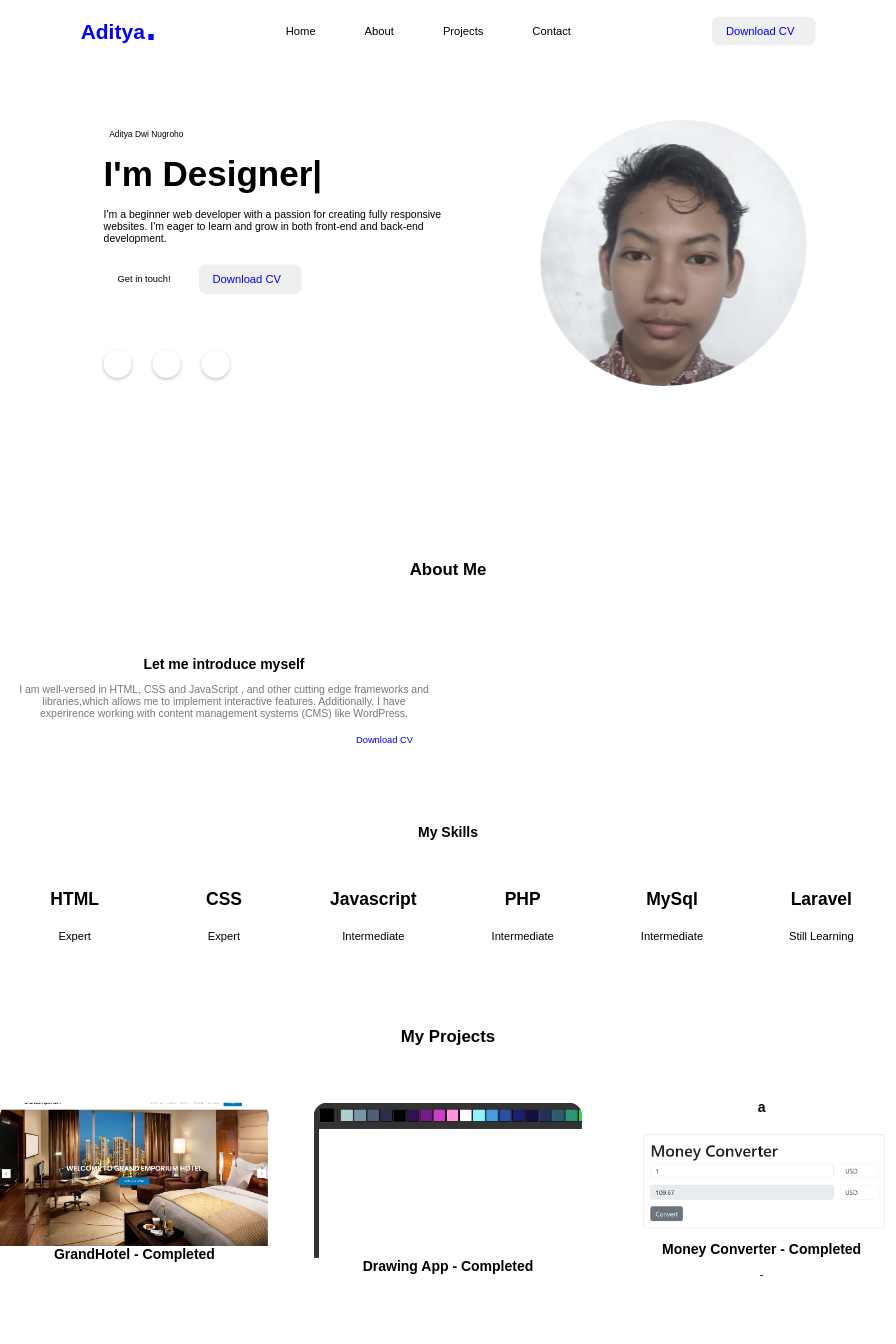
Repository: 4Kbrain/Portofolio
Page: index.html
An editor plug-in stored every save of this project. The page is shown before and after the next save, followed by the edit.
The browser window is 1280 px wide. The pictures show the part of the page from y = 0 to 1920 px (the page is 2872 px tall before and 3000 px after), at 70% of full size.
Some icons come from a web library that is not loaded, so they are not drawn.

Above is the page before, as saved 2024-05-15 19:08:00.
Console error: ReferenceError: ScrollReveal is not defined

After the next save:
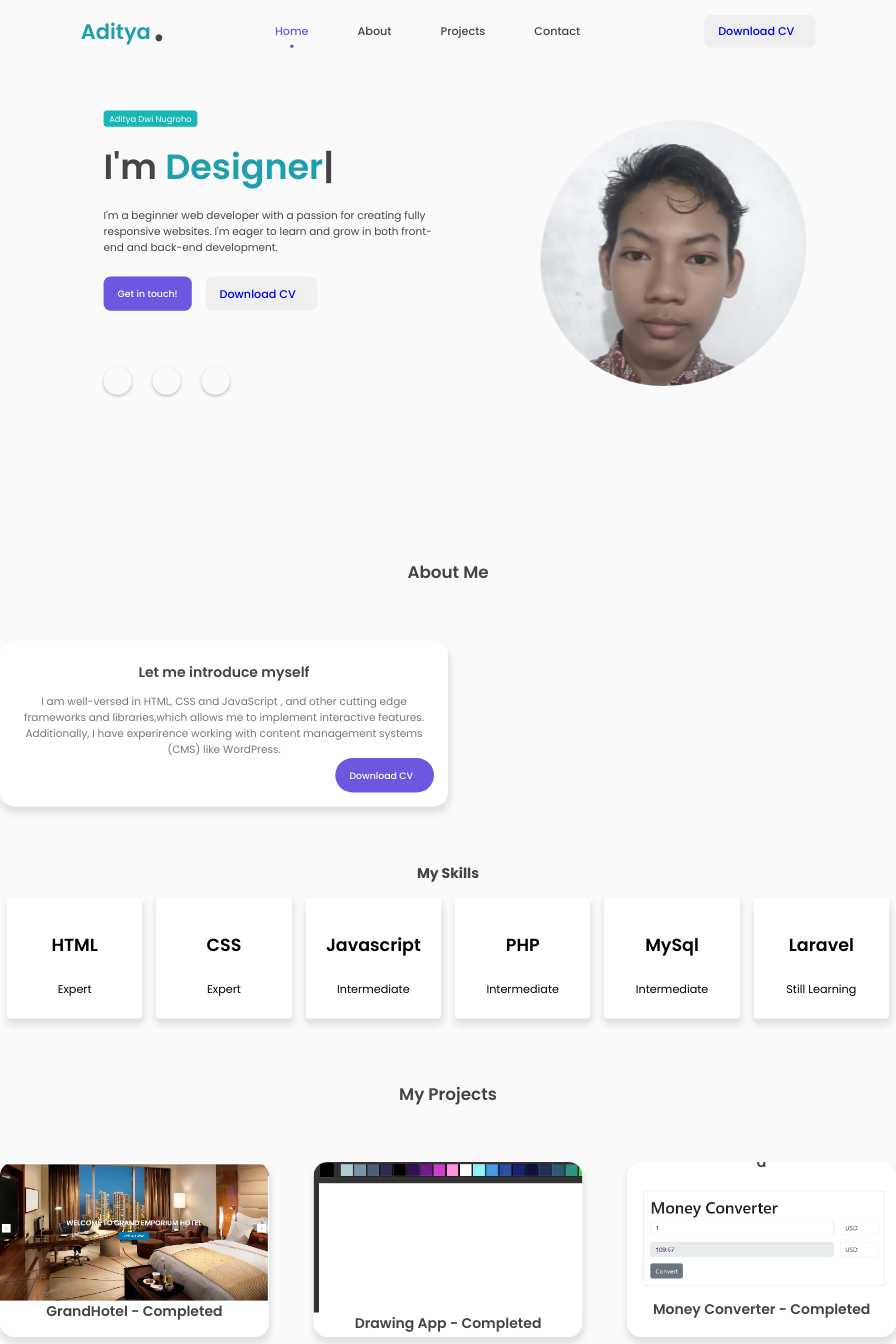
Saved 4 s later.
--- a/assets/css/style.css
+++ b/assets/css/style.css
@@ -1,4 +1,4 @@
-May, 5/5/2024 -- Portfolio
+/* May, 5/5/2024 -- Portfolio */
 
 @import url('https://fonts.googleapis.com/css2?family=Poppins:wght@400;500;600;700&display=swap');
 
